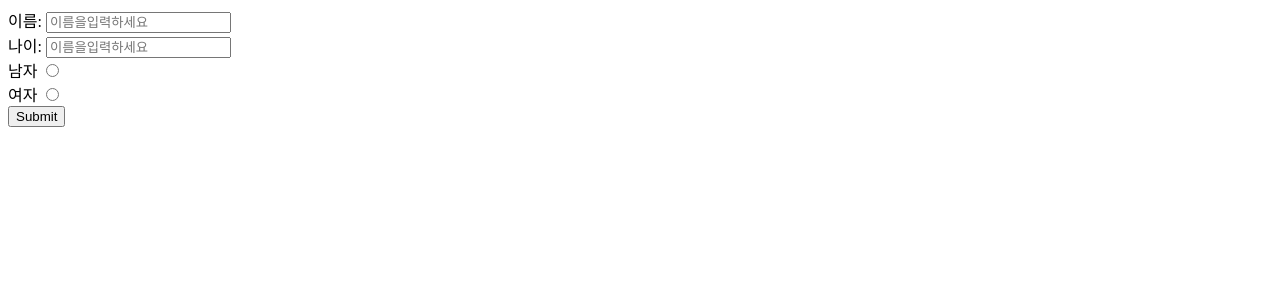
Repository: manchott/JAVAstudy
Page: workspace/Back02_Servlet/WebContent/form.html
These files come from the project's save history. The page is drawn as it stood at one moment and after the next save; the edit follows.
The browser window is 1280 px wide. The pictures show the whole page.

Above is the page before, as saved 2022-10-31 05:09:15.

After the next save:
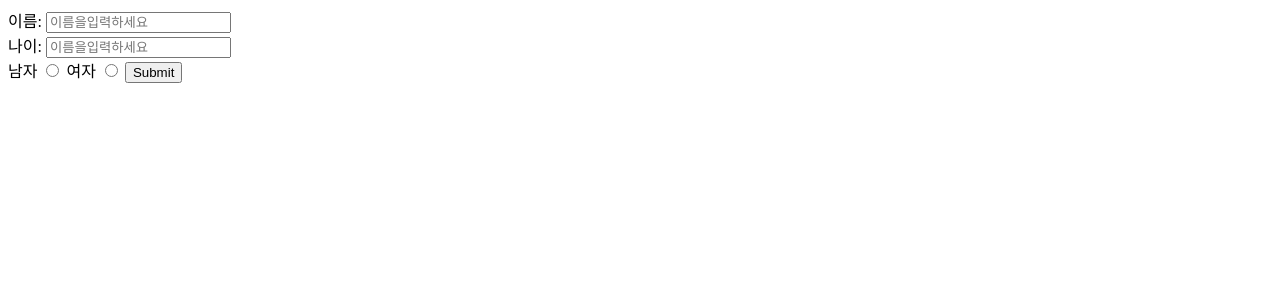
Saved 21 s later.
--- a/workspace/Back02_Servlet/WebContent/form.html
+++ b/workspace/Back02_Servlet/WebContent/form.html
@@ -11,9 +11,9 @@
 		<label>나이: </label>
 		<input type="number" min="0" placeholder="이름을입력하세요"> <br>
 		<label for="man">남자</label>
-		<input type="radio" name="gender"> <br>
+		<input type="radio" name="gender">
 		<label >여자</label>
-		<input type="radio" name="gender"> <br>
+		<input type="radio" name="gender">
 
 		<input type="submit">
 	</form>
